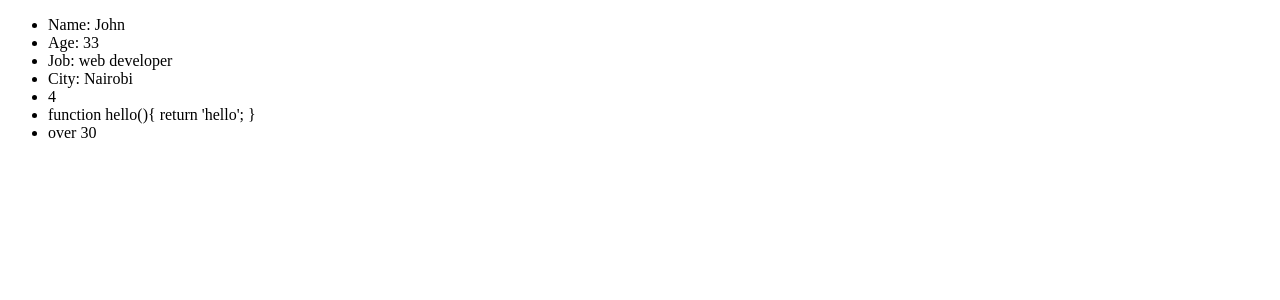
Repository: brianokanga/modern-javascript
Page: project/index.html
The author's editor kept a copy of each file at every save. The page is drawn from the files as they stood at one save, then again after the next save.
The browser window is 1280 px wide. The pictures show the whole page.

Above is the page before, as saved 2020-03-29 00:48:32.

After the next save:
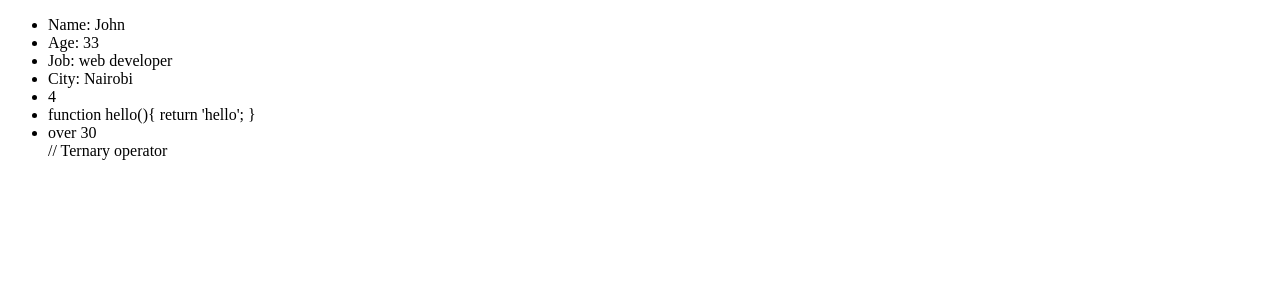
Saved 22 s later.
--- a/project/app2.js
+++ b/project/app2.js
@@ -28,7 +28,7 @@ html = `
         <li>City: ${city}</li>
         <li>${2 +2}</li>
         <li>${hello}</li>
-        <li>${age > 30 ? 'over 30' : 'under 30'}</li>
+        <li>${age > 30 ? 'over 30' : 'under 30'}</li>  // Ternary operator
 
     </ul>`;
 
